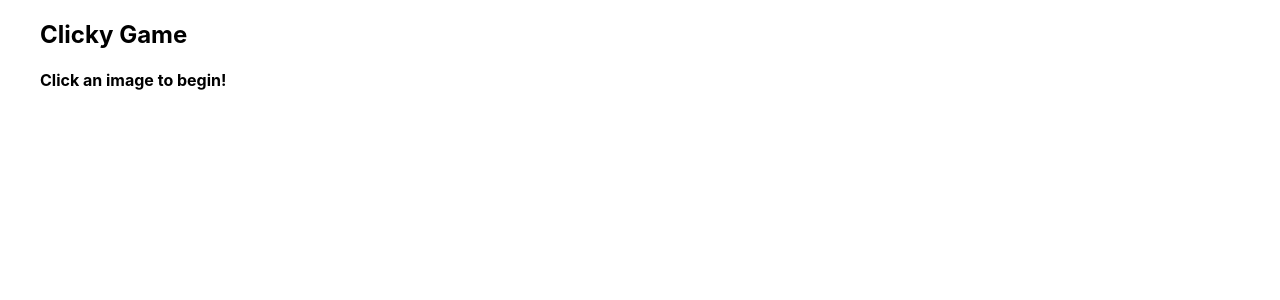
Repository: vivianuol/Clicky-game
Page: /
These files come from the project's save history. The page is drawn as it stood at one moment and after the next save; the edit follows.
The browser window is 1280 px wide. The pictures show the whole page.
The project was rebuilt for these pictures with package versions that can differ from the ones it lists, and the page was loaded fresh each time. Also part of the build but not shown: src/App.css.

Above is the page before, as saved 2019-01-12 09:46:49.

After the next save:
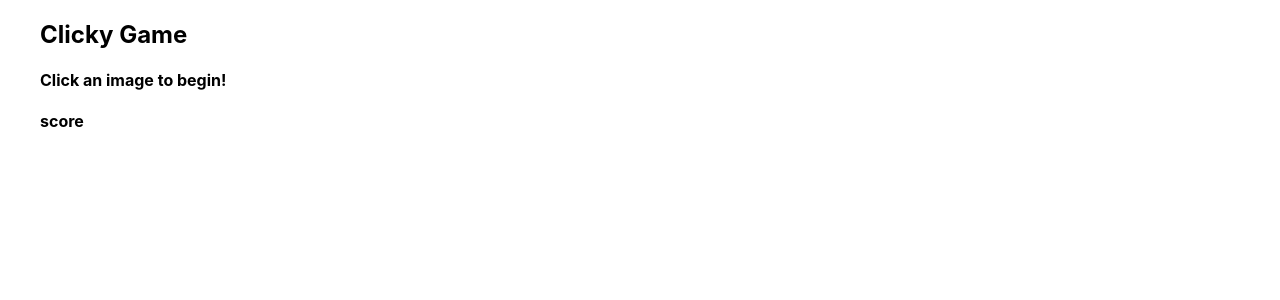
Saved 22 s later.
--- a/src/components/Header.js
+++ b/src/components/Header.js
@@ -9,6 +9,7 @@
 
                     <h2>Clicky Game</h2>
                     <h4>Click an image to begin!</h4>
+                    <h4>score</h4>
                 </Nav>
             </Navbar>
         );
